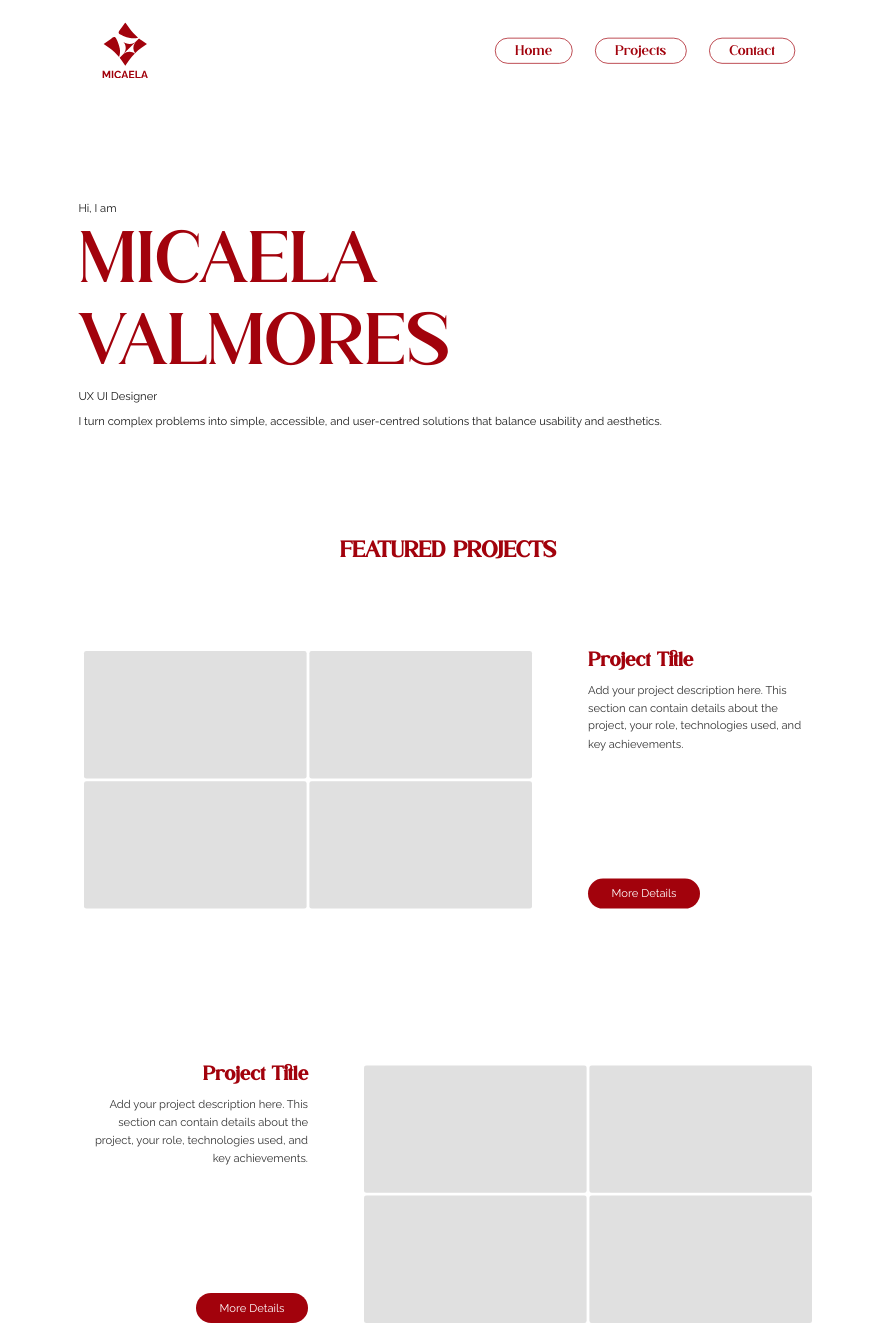
Repository: Micaelavalmores/Micaela-Portfolio
Page: /
An editor plug-in stored every save of this project. The page is shown before and after the next save, followed by the edit.
The browser window is 1280 px wide. The pictures show the part of the page from y = 0 to 1920 px (the page is 2706 px tall before and 2720 px after), at 70% of full size.
The project was rebuilt for these pictures with package versions that can differ from the ones it lists, and the page was loaded fresh each time. The framework's server and built-in components were replaced by stand-ins that run in the browser. Also part of the build but not shown: next.config.mjs.

Above is the page before, as saved 2026-01-27 13:35:48.

### app/layout.js

import { Geist } from "next/font/google";
import { Raleway } from "next/font/google";
import "./globals.css";

const geistSans = Geist({
  variable: "--font-geist-sans",
  subsets: ["latin"],
});

const raleway = Raleway({
  variable: "--font-raleway",
  subsets: ["latin"],
});



export const metadata = {
  title: "Micaela Valmores",
  description: "Generated by create next app",
  icons: {
    icon: "/logos/micaela-logo.svg",
  },
};

export default function RootLayout({ children }) {
  return (
    <html lang="en">
      <body className={`${raleway.variable}`}>
        {children}
      </body>
    </html>
  );
}

### app/page.js
import Image from "next/image";
import styles from "./page.module.css";
import HomePage from "./home-page/page";

export default function Home() {
  return (
    <div className={styles.page}>
      <HomePage />
    </div>
  );
}

### app/globals.css
:root {
  --background: #ffffff;
  --foreground: #171717;
  --font-ghaista: 'Ghaista', var(--font-raleway);
}

@font-face {
  font-family: 'Ghaista';
  src: url('/fonts/Ghaitsa.ttf') format('truetype');
  font-weight: 400;
  font-style: normal;
  font-display: swap;
}

@media (prefers-color-scheme: dark) {
  :root {
    --background: #0a0a0a;
    --foreground: #ffffff;
  }
}

html,
body {
  max-width: 100vw;
  overflow-x: hidden;
}

body {
  color: var(--foreground);
  background: var(--background);
  font-family: var(--font-raleway);
  -webkit-font-smoothing: antialiased;
  -moz-osx-font-smoothing: grayscale;
}

* {
  box-sizing: border-box;
  padding: 0;
  margin: 0;
}

a {
  color: inherit;
  text-decoration: none;
}

@media (prefers-color-scheme: dark) {
  html {
    color-scheme: dark;
  }
}

/* Horizontal page margins */
body {
  margin-left: 10rem;
  margin-right: 10rem;
}

/* Tablet: screens between iPhone and iPad */
@media (min-width: 430px) and (max-width: 1024px) {
  body {
    margin-left: 4rem;
    margin-right: 4rem;
  }
}

/* iPad Pro 13in — reduce margins to 7rem */
@media (min-width: 1024px) and (max-width: 1366px) {
  body {
    margin-left: 7rem;
    margin-right: 7rem;
  }
}

/* Mobile horizontal margins: any width smaller than 430px */
@media (max-width: 430px) {
  body {
    margin-left: 3rem;
    margin-right: 3rem;
  }
}

### app/page.module.css
.page {
  --background: #ffffff;
  --foreground: #fff;

  --text-primary: #000;
  --text-secondary: #666;



  display: grid;
  grid-template-columns: 1fr;
  min-height: 100vh;
  font-family: var(--font-geist-sans);
  background-color: var(--background);
}

.Proj-sec {
  display: flex;
  flex-direction: column;
  align-items: center;
  gap: 2rem;
  padding: 2rem 0;
  background-color: #ffff;
  margin: 6rem 0;
  font-family: ghaista;
  color: #A2020C;
}

.intro-sec {
  display: flex;
  flex-direction: column;
  align-items: start;
  gap: 1rem;
  padding: 2rem 0;
  background-color: #ffff;
  margin: 7rem 0 0;
  /* border-bottom: solid 1px #A2020C; */
}

.intro-sec h1 {
  font-size: 6.5rem;
  font-weight: 500;
  margin: 0;
  font-family: ghaista;
  color: #A2020C;
}

.main {
  display: flex;
  min-height: 100vh;
  width: 100%;
  max-width: 800px;
  flex-direction: column;
  align-items: flex-start;
  justify-content: space-between;
  background-color: var(--foreground);
  padding: 120px 60px;
}

.intro {
  display: flex;
  flex-direction: column;
  align-items: flex-start;
  text-align: left;
  gap: 24px;
}

.intro h1 {
  max-width: 320px;
  font-size: 40px;
  line-height: 48px;
  letter-spacing: -2.4px;
  text-wrap: balance;
  color: var(--text-primary);
}

.intro p {
  max-width: 440px;
  font-size: 18px;
  line-height: 32px;
  text-wrap: balance;
  color: var(--text-secondary);
}

.intro a {
  font-weight: 500;
  color: var(--text-primary);
}

.ctas {
  display: flex;
  flex-direction: row;
  width: 100%;
  max-width: 440px;
  gap: 16px;
  font-size: 14px;
}

.ctas a {
  display: flex;
  justify-content: center;
  align-items: center;
  height: 40px;
  padding: 0 16px;
  border-radius: 128px;
  border: 1px solid transparent;
  transition: 0.2s;
  cursor: pointer;
  width: fit-content;
  font-weight: 500;
}

a.primary {
  background: var(--text-primary);
  color: var(--background);
  gap: 8px;
}

a.secondary {
  border-color: var(--button-secondary-border);
}

/* Enable hover only on non-touch devices */
@media (hover: hover) and (pointer: fine) {
  a.primary:hover {
    background: var(--button-primary-hover);
    border-color: transparent;
  }

  a.secondary:hover {
    background: var(--button-secondary-hover);
    border-color: transparent;
  }
}

@media (max-width: 600px) {
  .main {
    padding: 48px 24px;
  }

  .intro {
    gap: 16px;
  }

  .intro h1 {
    font-size: 32px;
    line-height: 40px;
    letter-spacing: -1.92px;
  }
}

@media (prefers-color-scheme: dark) {
  .logo {
    filter: invert();
  }

  .page {
    --background: #000;
    --foreground: #000;

    --text-primary: #ededed;
    --text-secondary: #999;

    --button-primary-hover: #ccc;
    --button-secondary-hover: #1a1a1a;
    --button-secondary-border: #1a1a1a;
  }
}

### app/home-page/page.js
import Link from 'next/link'
import styles from '../page.module.css'
import FtProj from '../components/FtProj'
import Navbar from '../components/Navbar'

export default function HomePage() {
  return (
    <main className={styles.page}>
      <nav className='Nav-bar'>
        </nav>
      <Navbar />
      <div className={styles['intro-sec']}>
        <span>Hi, I am</span>
        <h1>MICAELA</h1>
        <h1>VALMORES</h1>
        <span>UX UI Designer</span>
        <p>I turn complex problems into simple, accessible, and user-centred solutions that balance usability and aesthetics.</p>
      </div>
      <div className={styles['Proj-sec']}>
        <h1>FEATURED PROJECTS</h1>
        <FtProj reversed={false}/>
        <FtProj reversed={true} />
        <FtProj reversed={false}/>
      </div>
    </main>
  )
}

### app/components/FtProj.js
'use client';

import styles from './FtProj.module.css';

/*
  HOW TO USE:
  The FtProj component has two layout states controlled by the reversed prop:
  1. Default (reversed={false}): Images on left, text on right (left-justified)
  2. Reversed (reversed={true}): Text on left (right-justified), images on right

  Layout changes can only be controlled in the backend by passing the reversed prop.
  Users cannot change the layout.

  Usage examples:
  <FtProj /> - Standard layout
  <FtProj reversed={true} /> - Reversed layout
*/

export default function FtProj({ reversed = false }) {
  return (
    <div className={`${styles.container} ${reversed ? styles.reversed : ''}`}>
      {/* Left Column - Text (if reversed) / Images (if standard) */}
      {!reversed ? (
        // Standard: Images on left
        <div className={styles.imagesColumn}>
          <div className={styles.imagePlaceholder}></div>
          <div className={styles.imagePlaceholder}></div>
          <div className={styles.imagePlaceholder}></div>
          <div className={styles.imagePlaceholder}></div>
        </div>
      ) : (
        // Reversed: Text on left
        <div className={styles.textColumn}>
          <div className={styles.textContent}>
            <h2>Project Title</h2>
            <p>Add your project description here. This section can contain details about the project, your role, technologies used, and key achievements.</p>
          </div>
          <button className={styles.projectButton}>More Details</button>
        </div>
      )}

      {/* Right Column - Text (if standard) / Images (if reversed) */}
      {!reversed ? (
        // Standard: Text on right
        <div className={styles.textColumn}>
          <div className={styles.textContent}>
            <h2>Project Title</h2>
            <p>Add your project description here. This section can contain details about the project, your role, technologies used, and key achievements.</p>
          </div>
          <button className={styles.projectButton}>More Details</button>
        </div>
      ) : (
        // Reversed: Images on right
        <div className={styles.imagesColumn}>
          <div className={styles.imagePlaceholder}></div>
          <div className={styles.imagePlaceholder}></div>
          <div className={styles.imagePlaceholder}></div>
          <div className={styles.imagePlaceholder}></div>
        </div>
      )}
    </div>
  );
}

### app/components/Navbar.js
import Link from "next/link";
import Image from "next/image";
import styles from "./Navbar.module.css";

export default function Navbar() {
  return (
    <nav className={styles.navbar}>
      <Link href="/" className={styles.logoContainer}>
        <Image
          src="/logos/logo-name.svg"
          alt="Micaela Valmores"
            width={70}
          height={80}
          priority
        />
      </Link>

      <ul className={styles.navLinks}>
        <li>
          <Link href="/">Home</Link>
        </li>
        <li>
          <Link href="/projects-page">Projects</Link>
        </li>
        <li>
          <Link href="/contact">Contact</Link>
        </li>
      </ul>
    </nav>
  );
}

### app/components/FtProj.module.css
.container {
  width: 65rem;
  height: 25rem;
  display: grid;
  grid-template-columns: 1fr 1fr;
  gap: 5rem;
  padding: 1rem 0;
  margin: 5rem 0;
}

.container.reversed {
  grid-template-columns: 1fr 1fr;
}

.reversed .textContent {
  text-align: right;
}

.reversed .textColumn {
  text-align: right;
}

.reversed .projectButton {
  justify-self: end;
}

.imagesColumn {
  display: grid;
  grid-template-columns: 1fr 1fr;
  gap: 0.2rem;
  width: 40rem;
}

.imagePlaceholder {
  width: 100%;
  height: 100%;
  background-color: #e0e0e0;
  border-radius: 0.2rem;
}

.textColumn {
  display: grid;
  grid-template-rows: 1fr auto;
  gap: 2rem;
}

.textContent {
  display: flex;
  flex-direction: column;
}

.textColumn h2 {
  margin: 0 0 1rem 0;
  font-size: 1.75rem;
  font-family: ghaista;
}

.textColumn p {
  margin: 0;
  line-height: 1.6;
  color: #333;
  font-size: 1rem;
  font-family: raleway;
}

.projectButton {
  align-self: start;
  width: 10rem;
  padding: 0.75rem 1.5rem;
  background-color: #A2020C;
  color: #fff;
  border: none;
  border-radius: 5rem;
  font-size: 1rem;
  cursor: pointer;
  font-family: raleway;
}

.projectButton:hover {
  background-color: #b62d36;
}

### app/components/Navbar.module.css
.navbar {
  display: flex;
  justify-content: space-between;
  width: 100%;
  align-items: center;
  padding: 2rem 2rem;
  background-color: #ffffff;
  position: sticky;
  top: 0;
  z-index: 1000;
}

.logoContainer {
  display: flex;
  justify-self: start;
}

.logoContainer:hover {
  opacity: 0.8;
}

.navLinks {
  display: flex;
  gap: 2rem;
  list-style: none;
  margin: 0;
  padding: 0;
  align-items: center;
}

.navLinks li {
  margin: 0;
}

.navLinks a {
  text-decoration: none;
  color: #A2020C;
  font-size: 1.25rem;
  font-weight: 500;
  transition: color 0.3s ease;
  position: relative;
  border: solid 1px #A2020C;
  border-radius: 3rem;
  padding: 0.50rem 1.75rem;
  font-family: ghaista;
}

.navLinks a:hover {
  color: #0070f3;
}



.navLinks a:hover::after {
  width: 100%;
}

/* Responsive design */
/* @media (max-width: 768px) {
  .navbar {
    padding: 1rem 1.5rem;
  }

  .navLinks {
    gap: 1.5rem;
  }

  .navLinks a {
    font-size: 0.9rem;
  }
} */

/* @media (max-width: 480px) {
  .navbar {
    padding: 0.75rem 1rem;
  }

  .navLinks {
    gap: 1rem;
  }

  .navLinks a {
    font-size: 0.85rem;
  }
} */

After the next save:
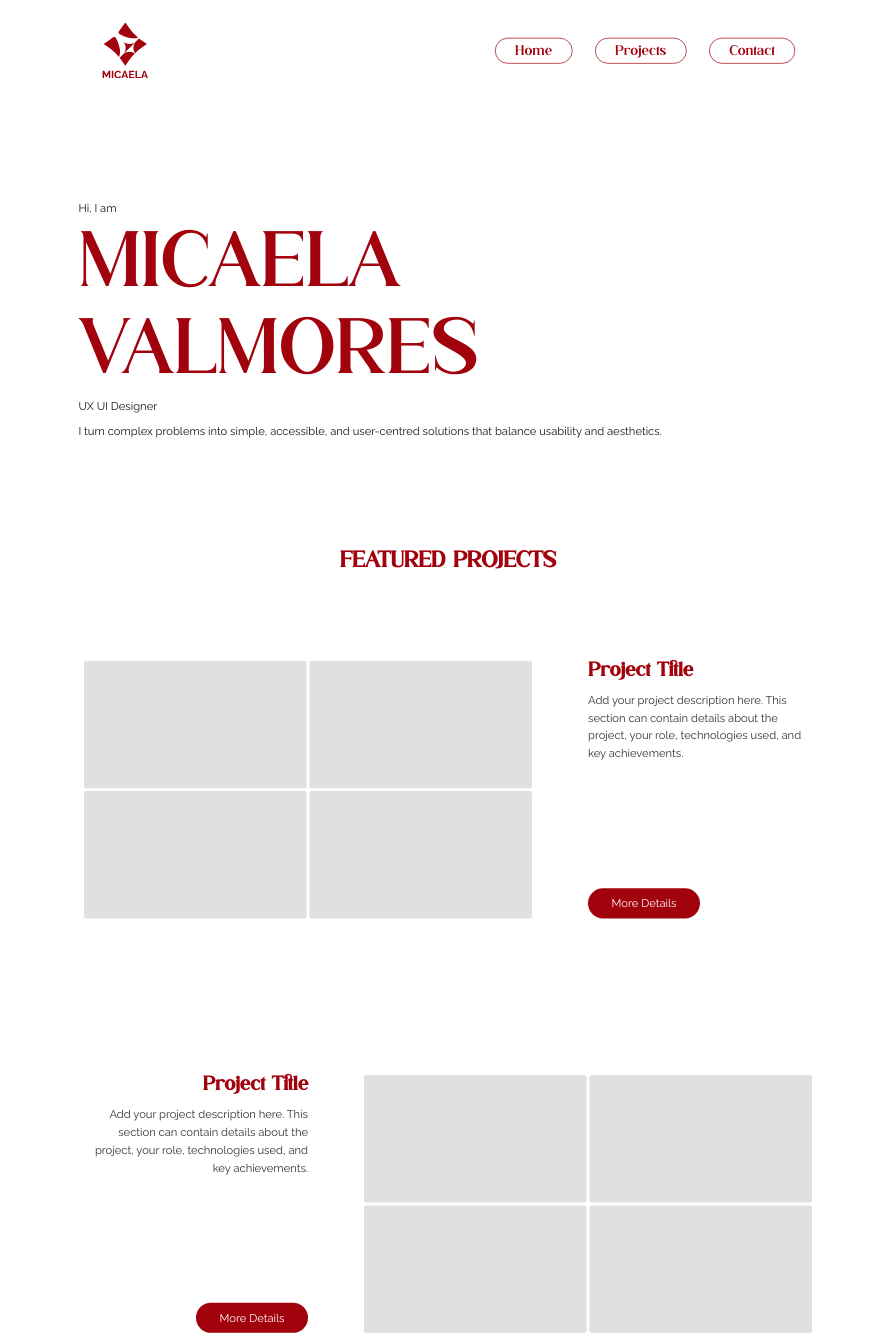
Saved 5 s later.
--- a/app/page.module.css
+++ b/app/page.module.css
@@ -38,7 +38,7 @@
 }
 
 .intro-sec h1 {
-  font-size: 6.5rem;
+  font-size: 7rem;
   font-weight: 500;
   margin: 0;
   font-family: ghaista;
